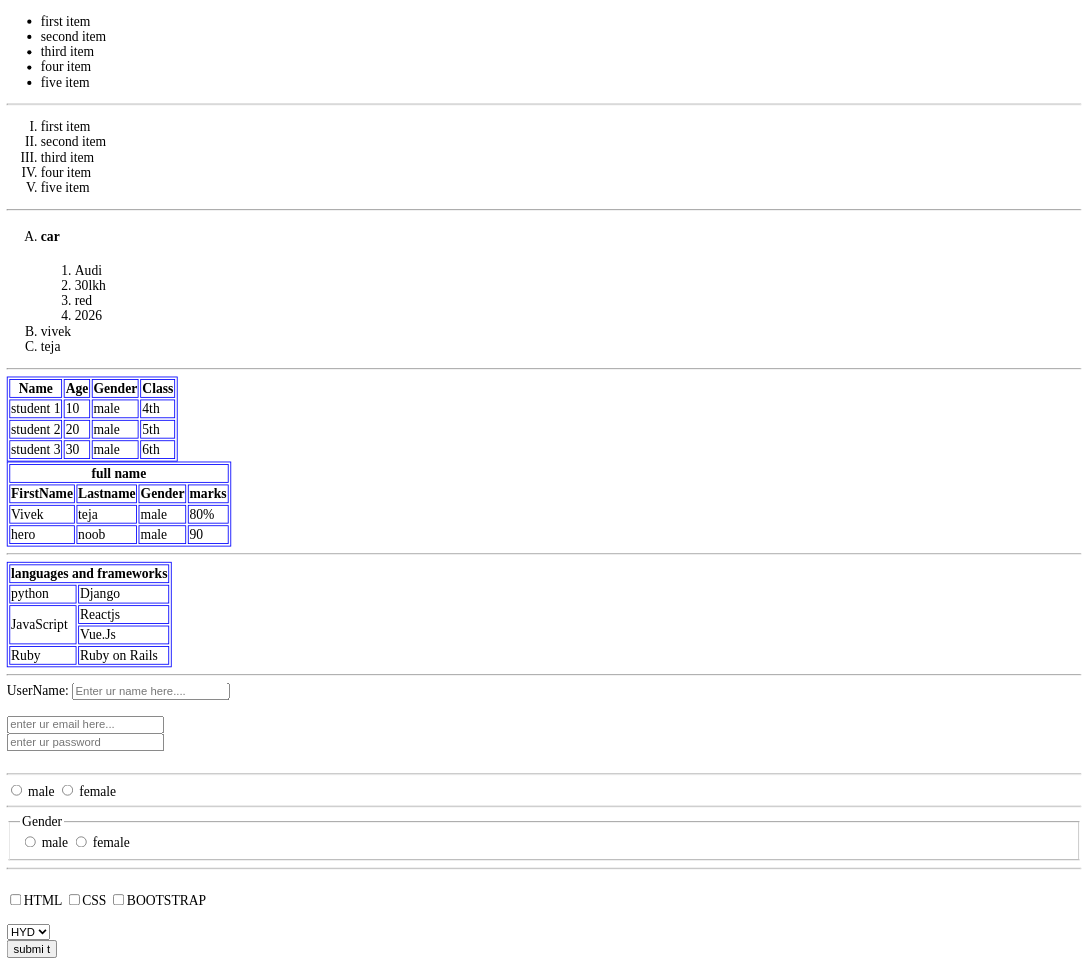
Repository: viveknaidu007/repo-166-Full-Stack-Development-Learning-Notes-Innomatics-2024
Page: module_1-html,css,bootstrap/spet_20_2024/index.html
These files come from the project's save history. The page is drawn as it stood at one moment and after the next save; the edit follows.
The browser window is 1280 px wide. The pictures show the whole page, at 85% of full size.

Above is the page before, as saved 2024-09-21 14:56:12.

After the next save:
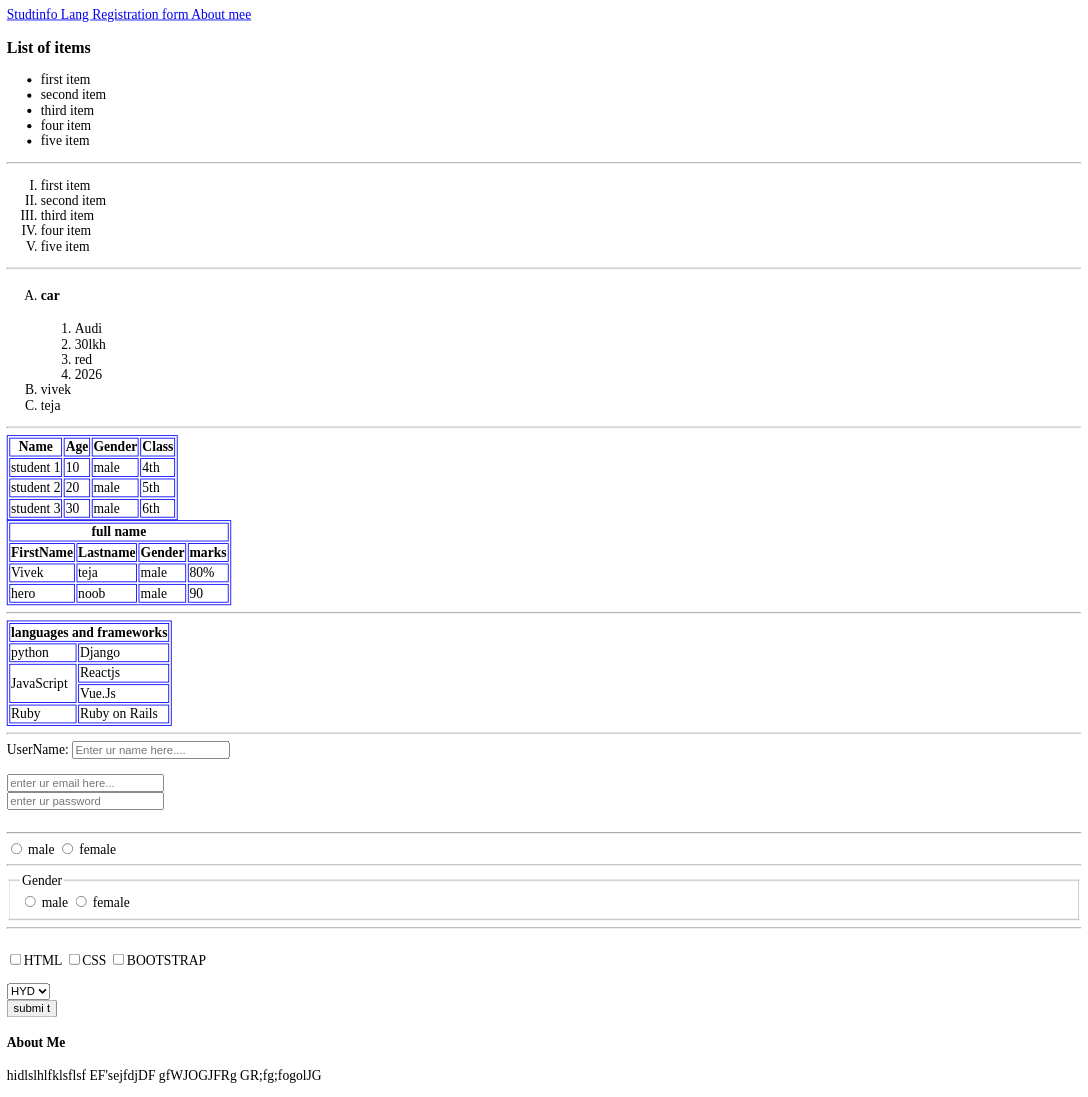
Saved 8 h 12 min later.
--- a/module_1-html,css,bootstrap/spet_20_2024/index.html
+++ b/module_1-html,css,bootstrap/spet_20_2024/index.html
@@ -11,6 +11,12 @@
     </style>
 </head>
 <body>
+
+    <a href="#stdInfo"> Studtinfo </a>
+    <a href="#Lang"> Lang </a>
+    <a href="#Regs"> Registration form </a>
+    <a href="#AboutMe"> About mee</a>
+    <h3> List of items </h3>
     <ul>
         <li> first item</li>
         <li> second item</li>
@@ -163,9 +169,18 @@
     </select>
     <br>
     <button type="submit"> submi t </button>
+    </form>
 
+    <section id="AboutMe">
+        <h4> About Me</h4>
+        <p>
+            hidlslhlfklsflsf
+            EF'sejfdjDF
+            gfWJOGJFRg
+            GR;fg;fogolJG
+        </p>
 
-    </form>
+    </section>
 
 
 </body>
